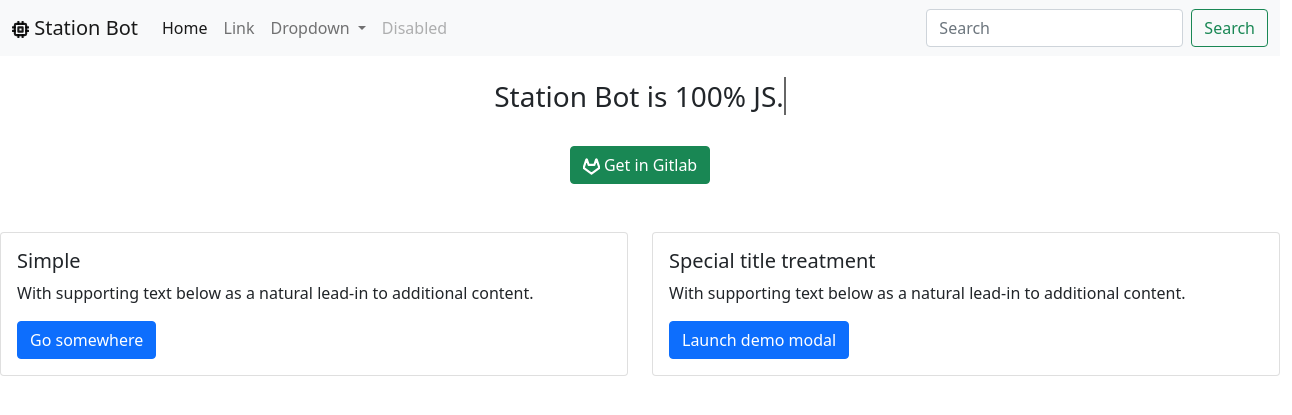
Repository: Valenplayer3000/StationBot-Web
Page: index.html
The author's editor kept a copy of each file at every save. The page is drawn from the files as they stood at one save, then again after the next save.
The browser window is 1280 px wide. The page is 1292 px wide, so the pictures cover 1292 px, including what lies to the right of the window. The pictures show the whole page.
Some web libraries are served in a nearby version.

Above is the page before, as saved 2021-11-01 13:01:05.

### index.html
<!DOCTYPE html>
<head>
    <!-- Required meta tags -->
    <meta charset="utf-8">
    <meta name="viewport" content="width=device-width, initial-scale=1">

    <!-- Bootstrap CSS and JS -->
    <script src="https://cdn.jsdelivr.net/npm/bootstrap@5.1.3/dist/js/bootstrap.bundle.min.js" integrity="sha384-ka7Sk0Gln4gmtz2MlQnikT1wXgYsOg+OMhuP+IlRH9sENBO0LRn5q+8nbTov4+1p" crossorigin="anonymous"></script>
    <link href="https://cdn.jsdelivr.net/npm/bootstrap@5.1.3/dist/css/bootstrap.min.css" rel="stylesheet" integrity="sha384-1BmE4kWBq78iYhFldvKuhfTAU6auU8tT94WrHftjDbrCEXSU1oBoqyl2QvZ6jIW3" crossorigin="anonymous">

    <!-- Font Awesome (Icons) -->
    <script src="https://kit.fontawesome.com/e5254c2b1e.js" crossorigin="anonymous"></script>

    <!-- Feather Icons -->
    <script src="https://unpkg.com/feather-icons"></script>
    <!-- Site's Titles -->
    <title>Station Bot</title>
</head>
<html lang="en">
  <nav class="navbar navbar-expand-lg navbar-light bg-light">
    <div class="container-fluid">
      <a class="navbar-brand" href="#"><i data-feather="cpu"></i> Station Bot</a>
      <button class="navbar-toggler" type="button" data-bs-toggle="collapse" data-bs-target="#navbarSupportedContent" aria-controls="navbarSupportedContent" aria-expanded="false" aria-label="Toggle navigation">
        <span class="navbar-toggler-icon"></span>
      </button>
      <div class="collapse navbar-collapse" id="navbarSupportedContent">
        <ul class="navbar-nav me-auto mb-2 mb-lg-0">
          <li class="nav-item">
            <a class="nav-link active" aria-current="page" href="#">Home</a>
          </li>
          <li class="nav-item">
            <a class="nav-link" href="#">Link</a>
          </li>
          <li class="nav-item dropdown">
            <a class="nav-link dropdown-toggle" href="#" id="navbarDropdown" role="button" data-bs-toggle="dropdown" aria-expanded="false">
              Dropdown
            </a>
            <ul class="dropdown-menu" aria-labelledby="navbarDropdown">
              <li><a class="dropdown-item" href="#">Action</a></li>
              <li><a class="dropdown-item" href="#">Another action</a></li>
              <li><hr class="dropdown-divider"></li>
              <li><a class="dropdown-item" href="#">Something else here</a></li>
            </ul>
          </li>
          <li class="nav-item">
            <a class="nav-link disabled">Disabled</a>
          </li>
        </ul>
        <form class="d-flex">
          <input class="form-control me-2" type="search" placeholder="Search" aria-label="Search">
          <button class="btn btn-outline-success" type="submit">Search</button>
        </form>
      </div>
    </div>
  </nav>
  <br>
  <h3 class="header">Station Bot is
    <span class="txt-rotate" data-period="2000"data-rotate='[ "easy to use.", "simple.", "100% JS.", "100% customizable."]'></span>
  </h3>
  <br>
  <div>
  <button class="btn btn-success button-center"><a herf=""><i data-feather="gitlab"></i> Get in Gitlab</a></button>
  </div>
  <br>
  <br>
    <div class="row">
        <div class="col-sm-6">
          <div class="card">
            <div class="card-body">
              <h5 class="card-title">Simple</h5>
              <p class="card-text">With supporting text below as a natural lead-in to additional content.</p>
              <a href="#" class="btn btn-primary">Go somewhere</a>
            </div>
          </div>
        </div>
        <div class="col-sm-6">
          <div class="card">
            <div class="card-body">
              <h5 class="card-title">Special title treatment</h5>
              <p class="card-text">With supporting text below as a natural lead-in to additional content.</p>
              <!-- Button trigger modal -->
                <button type="button" class="btn btn-primary" data-bs-toggle="modal" data-bs-target="#exampleModal">
                  Launch demo modal
                </button>

                <!-- Modal -->
                <div class="modal fade" id="exampleModal" tabindex="-1" aria-labelledby="exampleModalLabel" aria-hidden="true">
                  <div class="modal-dialog">
                    <div class="modal-content">
                      <div class="modal-header">
                        <h5 class="modal-title" id="exampleModalLabel">Modal title</h5>
                        <button type="button" class="btn-close" data-bs-dismiss="modal" aria-label="Close"></button>
                      </div>
                      <div class="modal-body">
                        ...
                      </div>
                      <div class="modal-footer">
                        <button type="button" class="btn btn-secondary" data-bs-dismiss="modal">Close</button>
                        <button type="button" class="btn btn-primary">Save changes</button>
                      </div>
                    </div>
                  </div>
                </div>
            </div>
          </div>
        </div>
      </div>
      <br>
</html>
<style>
  .feather {
  width: 17px;
  height: 17px;
  stroke: currentColor;
  stroke-width: 3;
  stroke-linecap: round;
  stroke-linejoin: round;
  fill: none;
}
.header{
  text-align: center;
}
</style>
<script>
  feather.replace()
</script>
<script>
  var TxtRotate = function(el, toRotate, period) {
  this.toRotate = toRotate;
  this.el = el;
  this.loopNum = 1;
  this.period = parseInt(period, 10) || 1000;
  this.txt = '';
  this.tick();
  this.isDeleting = false;
};

TxtRotate.prototype.tick = function() {
  var i = this.loopNum % this.toRotate.length;
  var fullTxt = this.toRotate[i];

  if (this.isDeleting) {
    this.txt = fullTxt.substring(0, this.txt.length - 1);
  } else {
    this.txt = fullTxt.substring(0, this.txt.length + 1);
  }

  this.el.innerHTML = '<span class="wrap">'+this.txt+'</span>';

  var that = this;
  var delta = 200 - Math.random() * 100;

  if (this.isDeleting) { delta /= 2; }

  if (!this.isDeleting && this.txt === fullTxt) {
    delta = this.period;
    this.isDeleting = true;
  } else if (this.isDeleting && this.txt === '') {
    this.isDeleting = false;
    this.loopNum++;
    delta = 500;
  }

  setTimeout(function() {
    that.tick();
  }, delta);
};

window.onload = function() {
  var elements = document.getElementsByClassName('txt-rotate');
  for (var i=0; i<elements.length; i++) {
    var toRotate = elements[i].getAttribute('data-rotate');
    var period = elements[i].getAttribute('data-period');
    if (toRotate) {
      new TxtRotate(elements[i], JSON.parse(toRotate), period);
    }
  }
  // INJECT CSS
  var css = document.createElement("style");
  css.type = "text/css";
  css.innerHTML = ".txt-rotate > .wrap { border-right: 0.09em solid #666 }";
  document.body.appendChild(css);
};
</script>
<style>
@import url('https://fonts.googleapis.com/css2?family=Inter:wght@100;200;300;400;500;600;700;800;900&display=swap');
.tpyewirter {
text-align: center;
  font-family: 'Inter';
}
.button-center{
  display: flex;
  margin: auto;
}
</style>

After the next save:
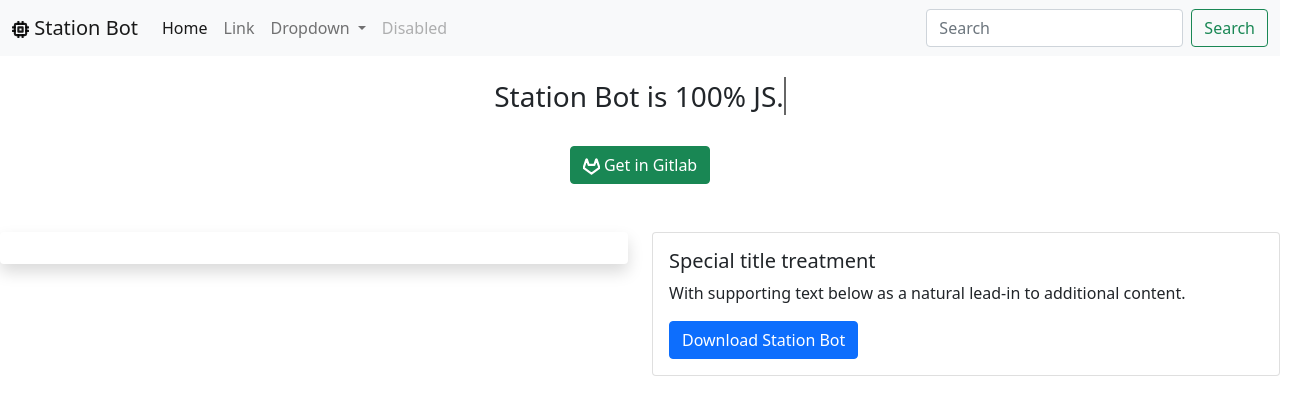
Saved 4 min 55 s later.
--- a/index.html
+++ b/index.html
@@ -65,13 +65,7 @@
   <br>
     <div class="row">
         <div class="col-sm-6">
-          <div class="card">
-            <div class="card-body">
-              <h5 class="card-title">Simple</h5>
-              <p class="card-text">With supporting text below as a natural lead-in to additional content.</p>
-              <a href="#" class="btn btn-primary">Go somewhere</a>
-            </div>
-          </div>
+          <div class="shadow p-3 mb-5 bg-body rounded"></div>
         </div>
         <div class="col-sm-6">
           <div class="card">
@@ -80,7 +74,7 @@
               <p class="card-text">With supporting text below as a natural lead-in to additional content.</p>
               <!-- Button trigger modal -->
                 <button type="button" class="btn btn-primary" data-bs-toggle="modal" data-bs-target="#exampleModal">
-                  Launch demo modal
+                  Download Station Bot
                 </button>
 
                 <!-- Modal -->
@@ -96,7 +90,6 @@
                       </div>
                       <div class="modal-footer">
                         <button type="button" class="btn btn-secondary" data-bs-dismiss="modal">Close</button>
-                        <button type="button" class="btn btn-primary">Save changes</button>
                       </div>
                     </div>
                   </div>
